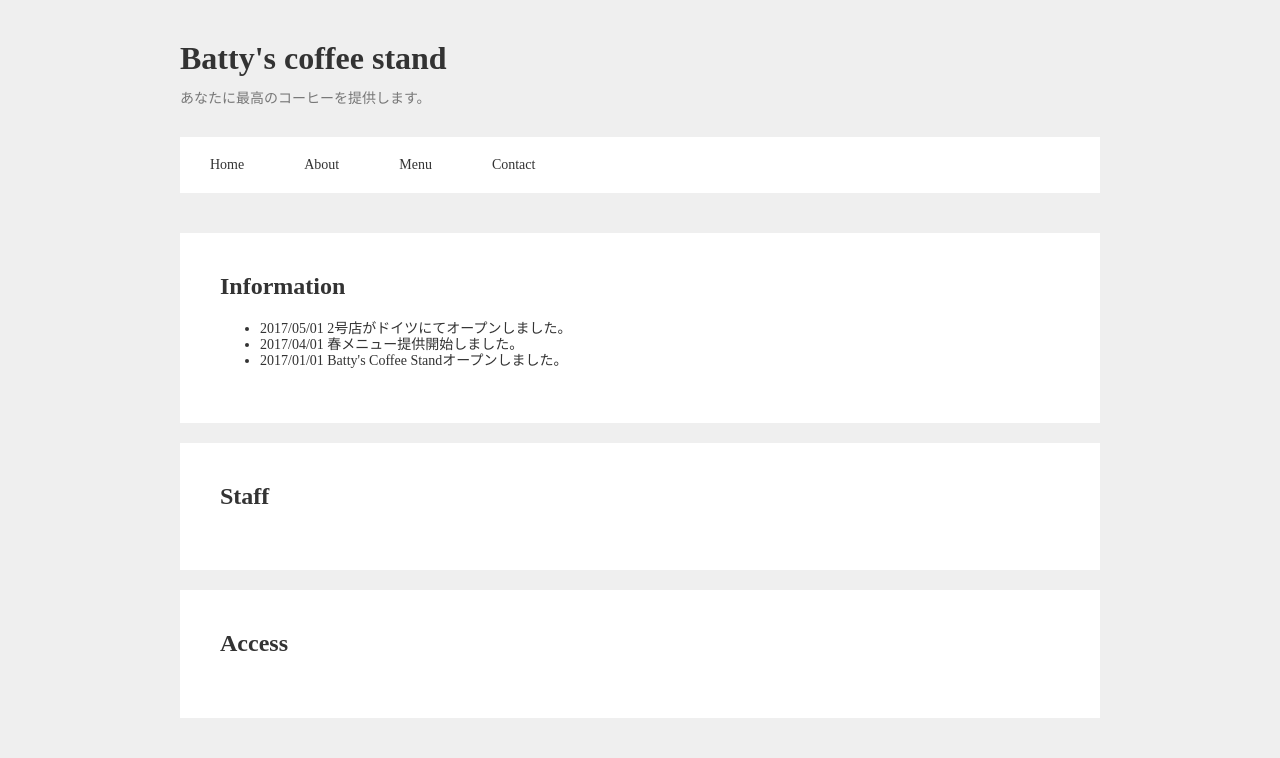
Repository: jun372isavailable/sample3
Page: html/batty_coffee_stand/index.html
The author's editor kept a record of every edit. The page is drawn from the files as they stood at one moment, then again after the next edit.
The browser window is 1280 px wide. The pictures show the whole page.

Above is the page before.

After the next edit:
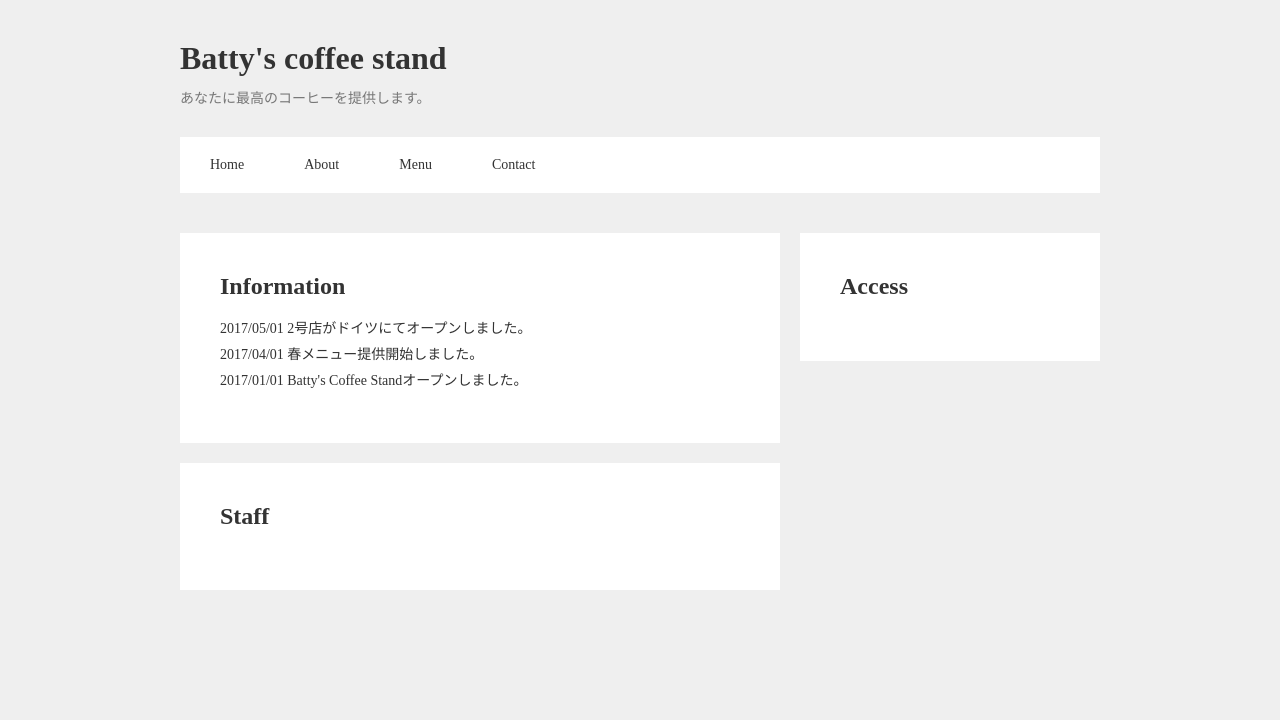
The edit:
--- a/html/batty_coffee_stand/css/style.css
+++ b/html/batty_coffee_stand/css/style.css
@@ -69,3 +69,23 @@ header {
     margin-bottom: 20px;
     background-color: #fff;
 }
+
+.left-contents {
+    width: 600px;
+    margin-right: 20px;
+    float: left;
+}
+
+.right-contents {
+    width: 300px;
+    float: left;
+}
+
+.information-list {
+    list-style-type: none;
+    padding-left: 0;
+}
+
+.information-list li {
+    margin-bottom: 10px;
+}
